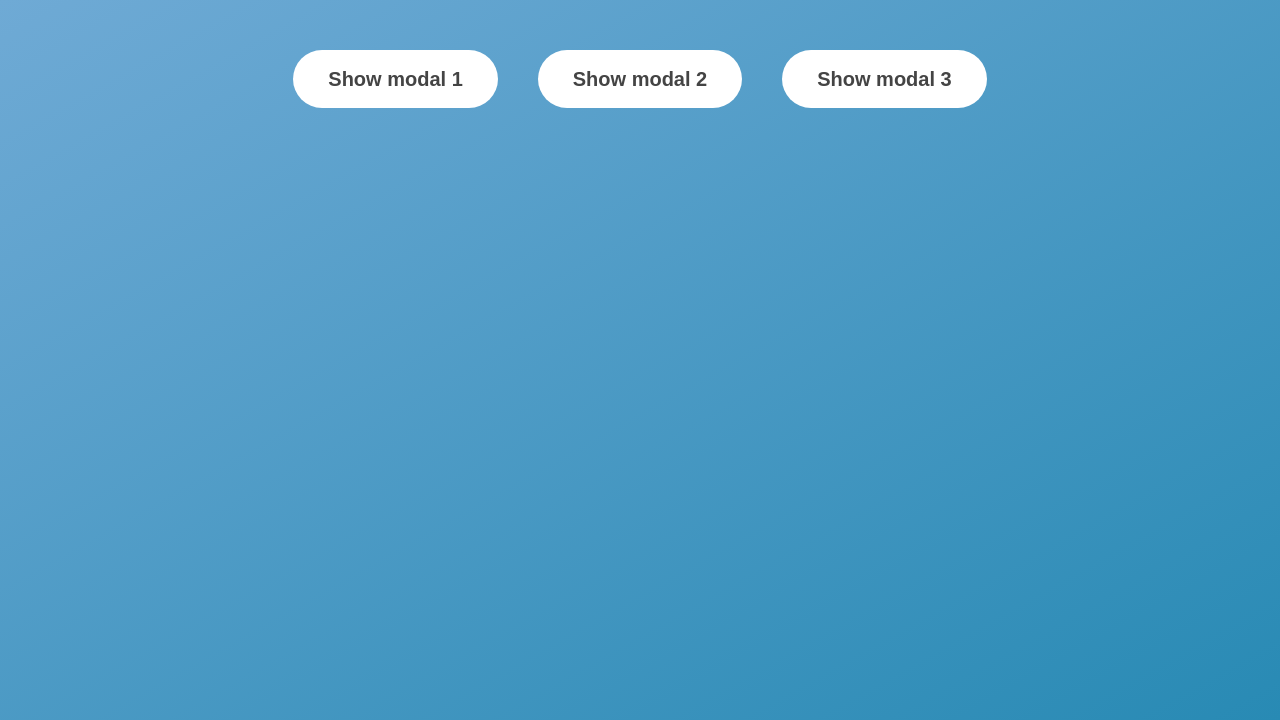
Repository: zeinawady/Jonas-Js-Course-Projects
Page: Modal Window/index.html
The author's editor kept a copy of each file at every save. The page is drawn from the files as they stood at one save, then again after the next save.
The browser window is 1280 px wide. The pictures show the whole page.

Above is the page before, as saved 2024-11-23 17:00:20.

After the next save:
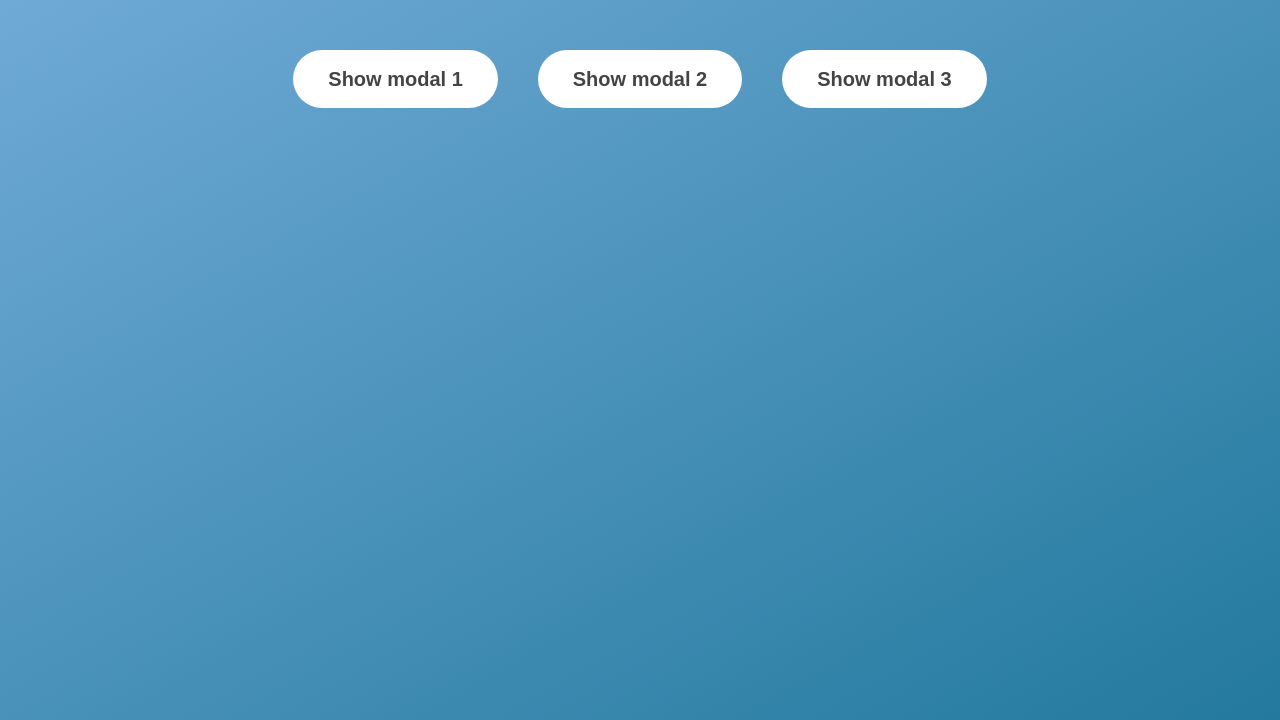
Saved 25 s later.
--- a/Modal Window/style.css
+++ b/Modal Window/style.css
@@ -18,7 +18,7 @@
     display: flex;
     align-items: flex-start;
     justify-content: center;
-    background: linear-gradient(to top left, #288ab4, #6faad5);
+    background: linear-gradient(to top left, #23799e, #6faad5);
   }
 
   .show-modal {
